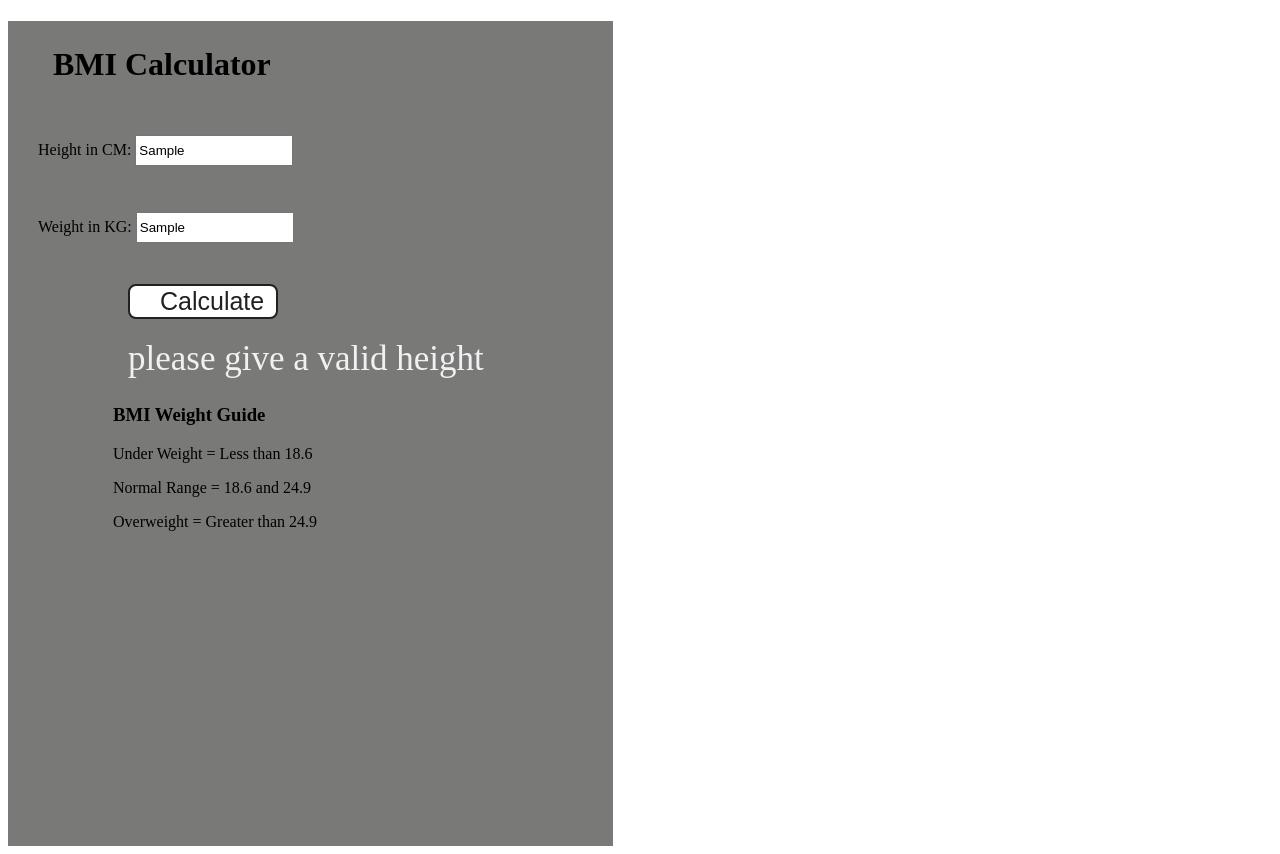
Repository: VishwaGoswami1407/JavaScript-Practice
Page: 07_projects/project2.html
These files come from the project's save history. The page is drawn as it stood at one moment and after the next save; the edit follows.
The browser window is 1280 px wide. The pictures show the whole page.
Empty fields were first filled with sample values (such as "Sample", 5 or name@example.com).
After loading, the first visible `form` was submitted once.

Above is the page before, as saved 2024-07-07 18:31:24.

After the next save:
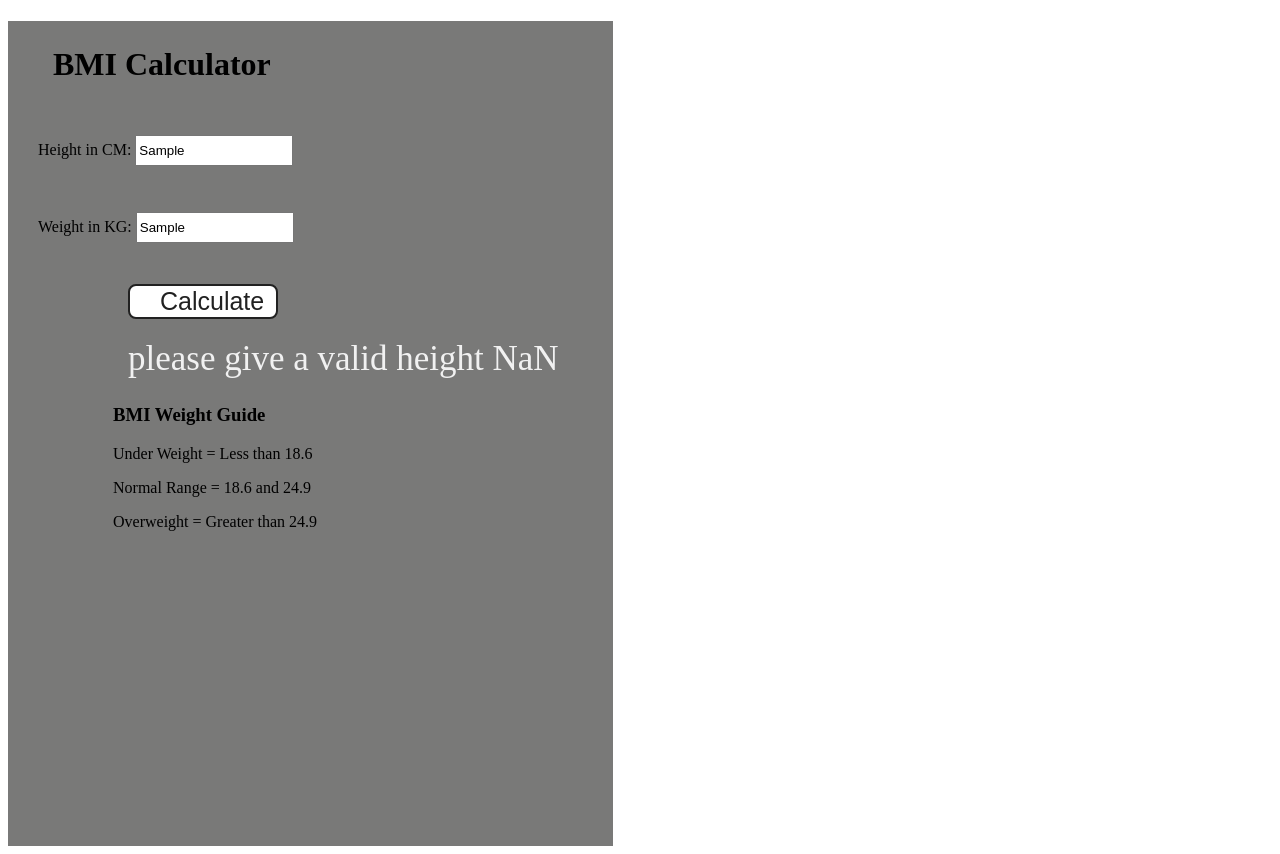
Saved 77 s later.
--- a/07_projects/project2.js
+++ b/07_projects/project2.js
@@ -9,7 +9,7 @@ form.addEventListener('submit', function(e){
   const results = document.querySelector('#results')
 
   if(height === '' || height < 0 || isNaN(height)){
-    results.innerHTML = "please give a valid height"
+    results.innerHTML = `please give a valid height ${height}`
   }
 
 })
